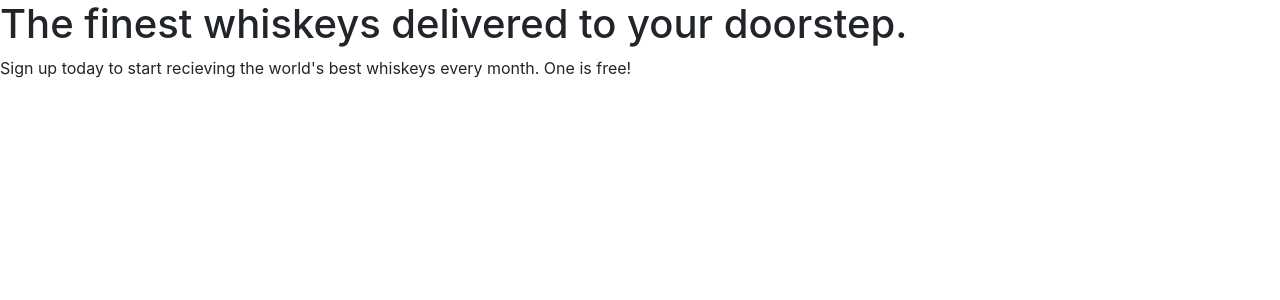
Repository: Leannald13/whiskey-project
Page: index.html
The author's editor kept a record of every edit. The page is drawn from the files as they stood at one moment, then again after the next edit.
The browser window is 1280 px wide. The pictures show the whole page.

Above is the page before.
Console error: TypeError: Cannot read properties of undefined (reading 'fn')

After the next edit:
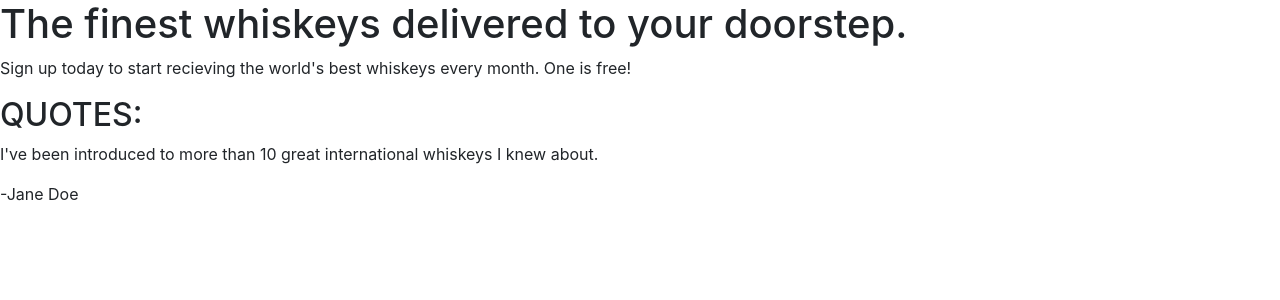
The edit:
--- a/index.html
+++ b/index.html
@@ -13,11 +13,16 @@
         <section class="callout">
         <h1>The finest whiskeys delivered to your doorstep.</h1>
         <p>Sign up today to start recieving the world's best whiskeys every month. One is free!</p>
+         </section>
+    <section class="quotes">
+    <h2 class="text-uppercase">Quotes:</h2>
+    <div class="quote">
+        <p>I've been introduced to more than 10 great international whiskeys I knew about.</p>
+          <p>-Jane Doe</p>
+    </div>
 
 
-
-
-        </section>
+    </section>
     </article>
 
 </body>
